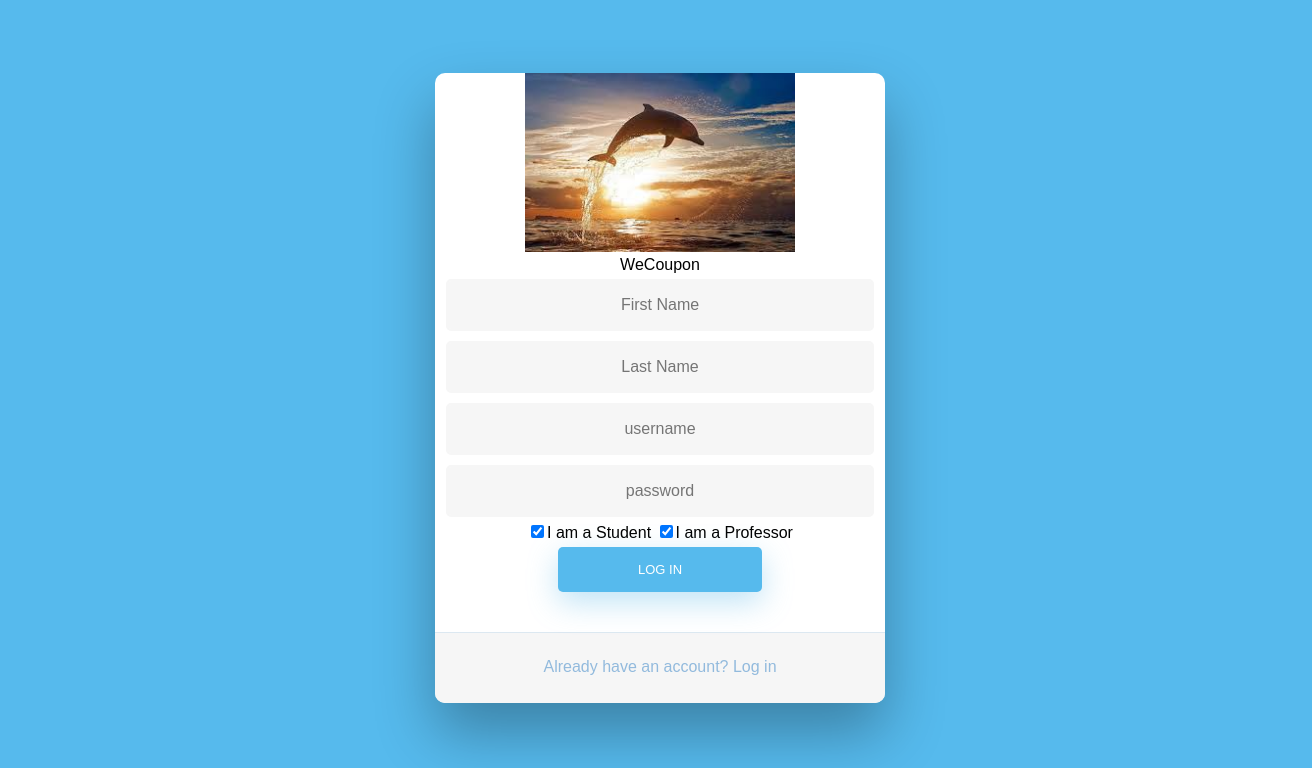
Repository: XUXiangCUHK/WeCoupon
Page: templates/signup.html
These files come from the project's save history. The page is drawn as it stood at one moment and after the next save; the edit follows.
The browser window is 1280 px wide. The page is 1312 px wide, so the pictures cover 1312 px, including what lies to the right of the window. The pictures show the whole page.

Above is the page before, as saved 2021-02-27 14:40:51.

After the next save:
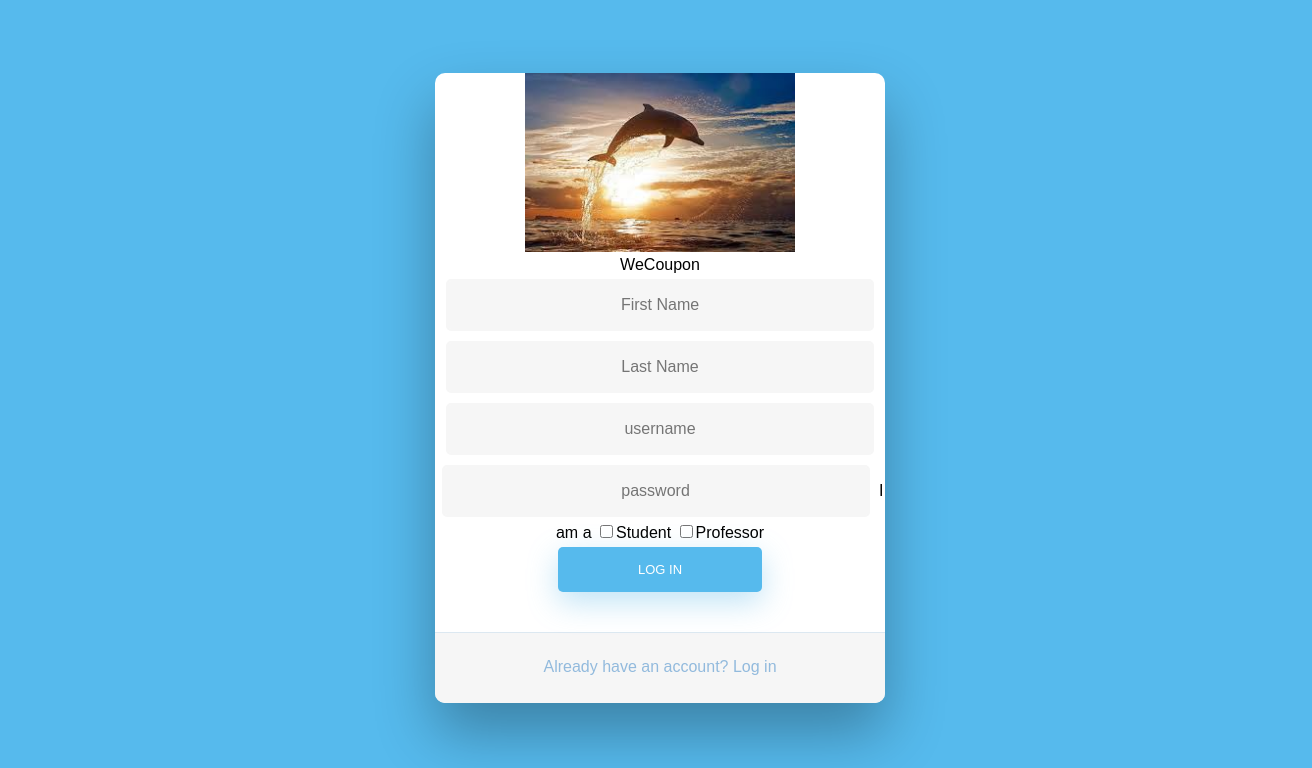
Saved 28 s later.
--- a/templates/signup.html
+++ b/templates/signup.html
@@ -28,8 +28,9 @@
             <input type="text" id="last_name" class="fadeIn second" name="signup" placeholder="Last Name">
             <input type="text" id="username" class="fadeIn second" name="signup" placeholder="username">
             <input type="text" id="password" class="fadeIn third" name="signup" placeholder="password">
-            <input type="checkbox" name="signup" value="any_value" checked>I am a Student
-            <input type="checkbox" name="signup" value="any_value" checked>I am a Professor
+            I am a
+            <input type="checkbox" name="signup" value="any_value" >Student
+            <input type="checkbox" name="signup" value="any_value" >Professor
             <input type="submit" class="fadeIn fourth" value="Log In" onclick="return processform();">
           </form>
 
